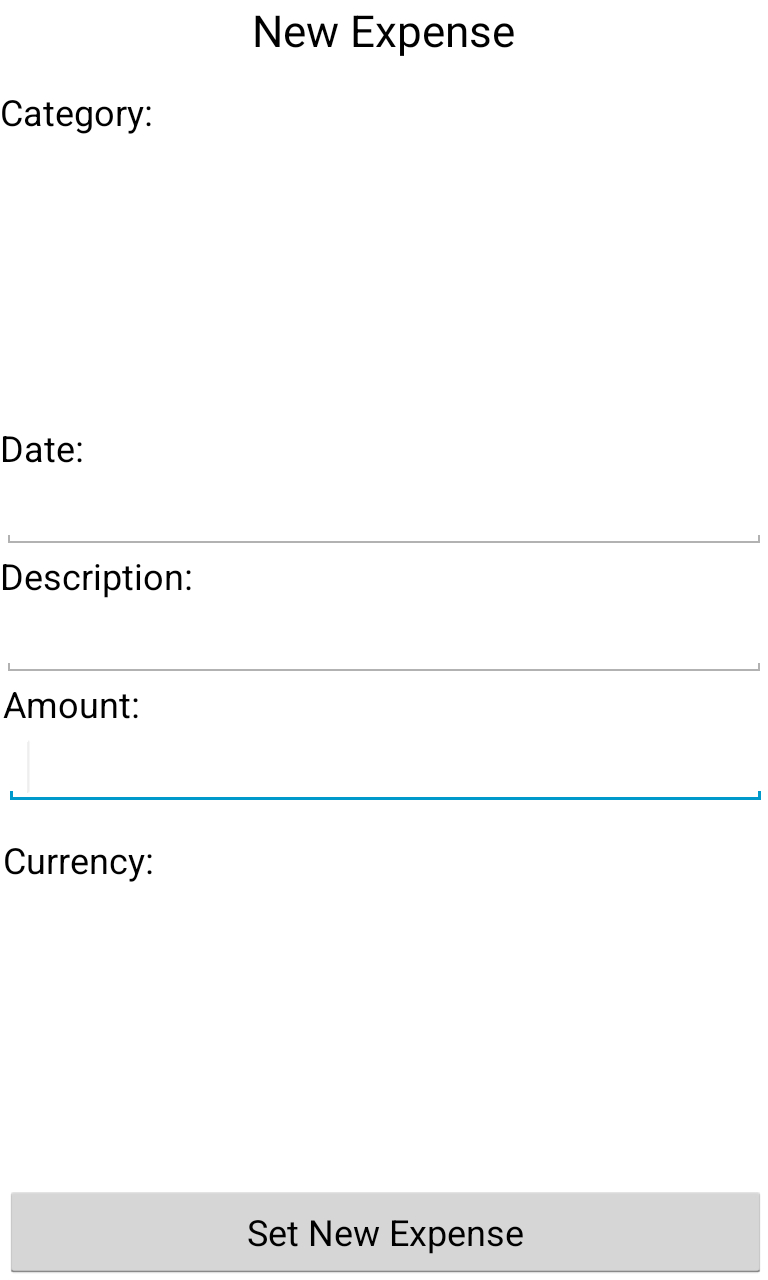
Repository: ReverseOni/Assignment1
Layout: MamesserAssign1/res/layout/new_expense.xml
These files come from the project's save history. The layout is drawn as it stood at one moment and after the next save; the edit follows.
It is drawn on a 768 x 1280 px phone screen (xhdpi) without system bars, with theme AppTheme; the app's code is not run. Lists and similar views that code fills are empty. The app's manifest (not shown) leaves right-to-left support off. So textAlignment, textDirection and layoutDirection are ignored, and left and right values win over start and end ones.

Above is the layout before, as saved 2015-01-24 19:57:04.

After the next save:
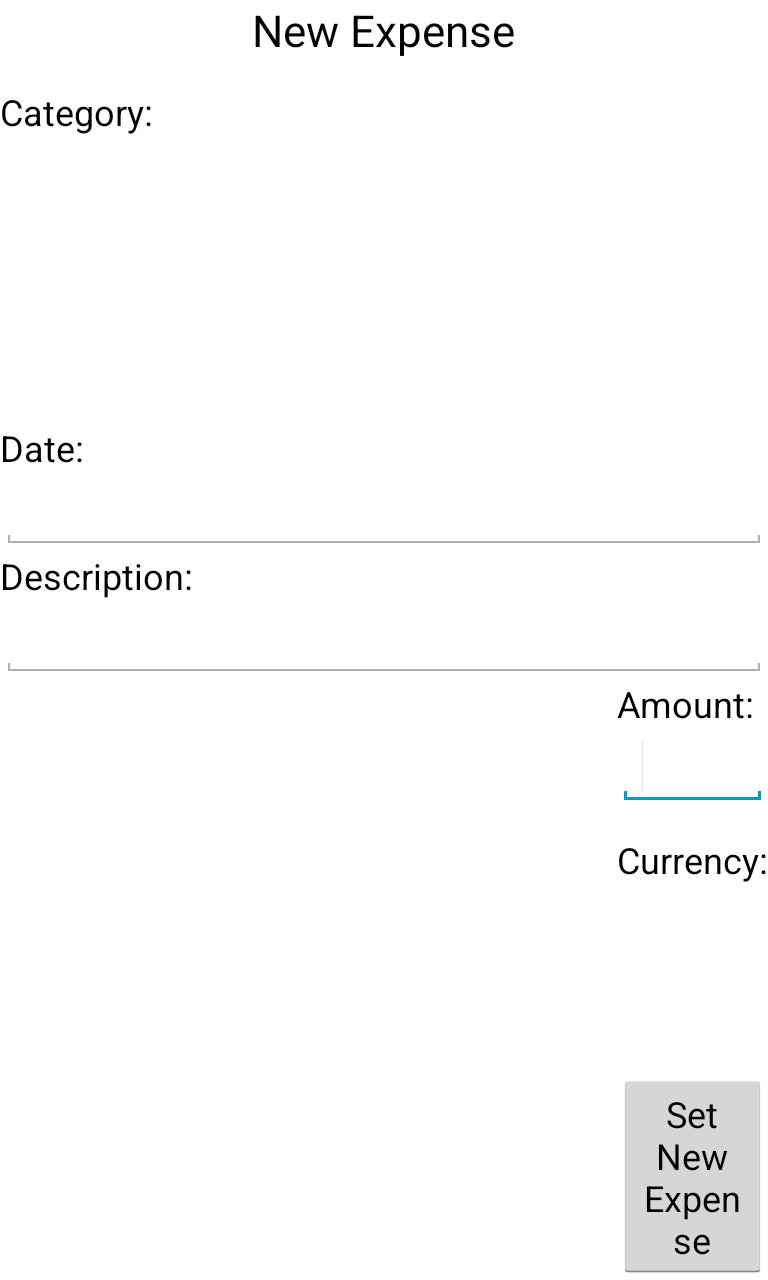
Saved 9 s later.
--- a/MamesserAssign1/res/layout/new_expense.xml
+++ b/MamesserAssign1/res/layout/new_expense.xml
@@ -39,6 +39,7 @@
         android:layout_width="wrap_content"
         android:layout_height="wrap_content"
         android:layout_alignRight="@+id/CategoryTitle"
+        android:layout_alignParentEnd="true"
         android:layout_below="@+id/AddExpenseAmount"
         android:layout_marginTop="14dp"
         android:text="Currency:"

After the save that followed:
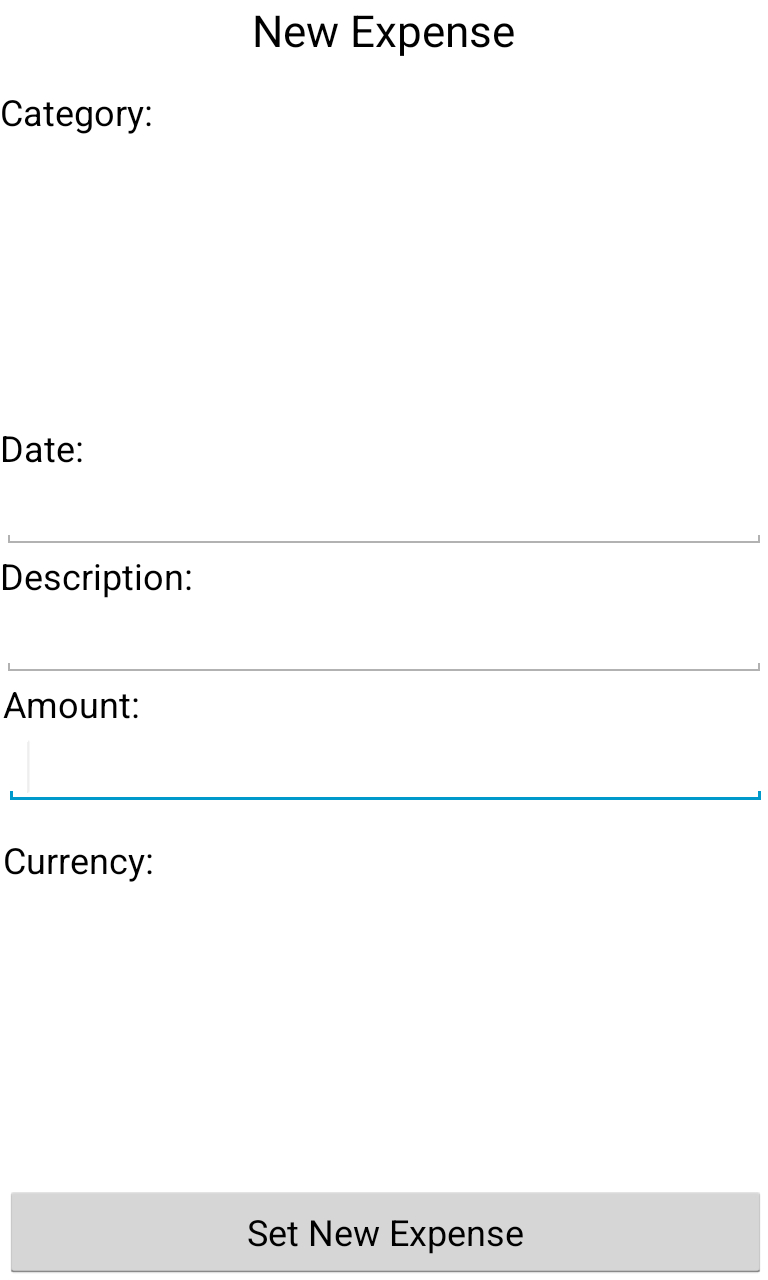
Saved 14 s later.
--- a/MamesserAssign1/res/layout/new_expense.xml
+++ b/MamesserAssign1/res/layout/new_expense.xml
@@ -39,7 +39,6 @@
         android:layout_width="wrap_content"
         android:layout_height="wrap_content"
         android:layout_alignRight="@+id/CategoryTitle"
-        android:layout_alignParentEnd="true"
         android:layout_below="@+id/AddExpenseAmount"
         android:layout_marginTop="14dp"
         android:text="Currency:"
